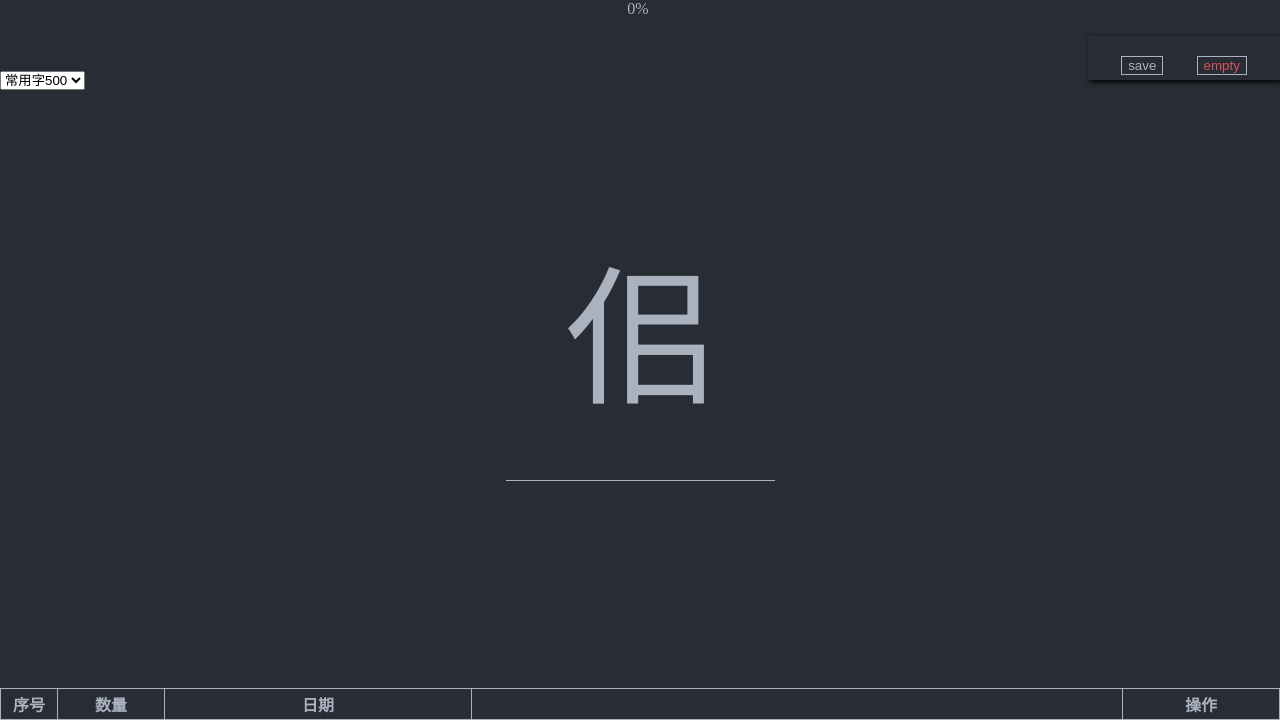
Repository: KR673/wsHone
Page: main.html
These files come from the project's save history. The page is drawn as it stood at one moment and after the next save; the edit follows.
The browser window is 1280 px wide. The pictures show the whole page.
Some web fonts or font styles are not loaded; a fallback is used.

Above is the page before, as saved 2023-01-30 22:28:36.

After the next save:
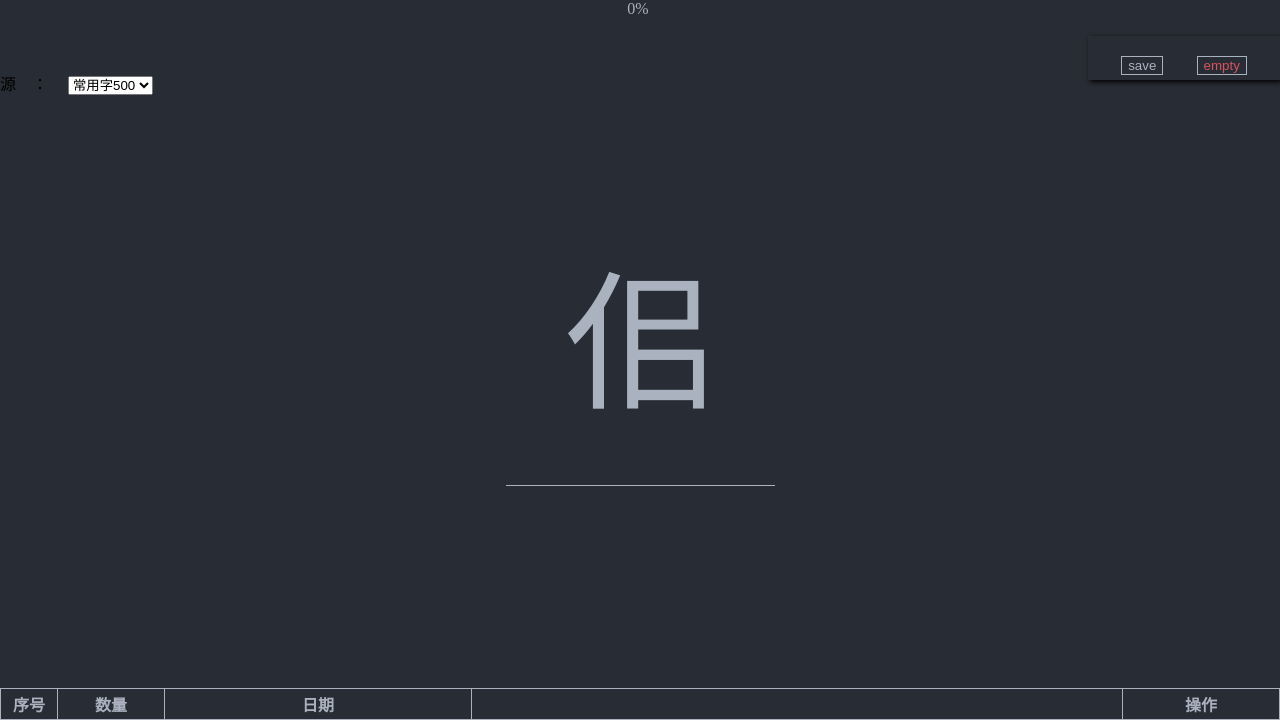
Saved 54 s later.
--- a/main.html
+++ b/main.html
@@ -17,6 +17,7 @@
         </div>
     </div>
     <div>
+        源　：
         <select>
             <option value="frequently500">常用字500</option>
             <option value="hanziRoot">字根练习</option>
